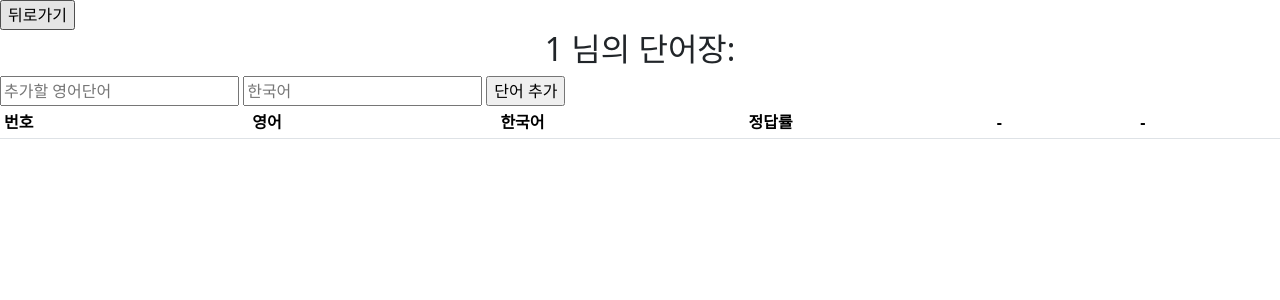
Repository: kokoko12334/myvocab-toy
Page: http://localhost/myVocabularyList/detail
These files come from the project's save history. The page is drawn as it stood at one moment and after the next save; the edit follows.
The browser window is 1280 px wide. The pictures show the whole page.
The page is served by Tomcat 9. The session is filled in as if someone had signed in: {"id": 1, "pwd": 1, "list": 1}. Other server files are loaded and not shown. Queries for data that is not in the repository find no rows.

Above is the page before, as saved 2023-04-07 12:25:33.

### myVocabularyList/src/main/webapp/WEB-INF/views/myvocabulary/detail.jsp
<%@ page language="java" contentType="text/html; charset=UTF-8"
    pageEncoding="UTF-8"%>
<%@ taglib prefix="c" uri = "http://java.sun.com/jsp/jstl/core" %>
<!DOCTYPE html>
<html>
<head>
<meta charset="UTF-8">
<title>Insert title here</title>
<link href="https://cdn.jsdelivr.net/npm/bootstrap@5.3.0-alpha3/dist/css/bootstrap.min.css" rel="stylesheet" integrity="sha384-KK94CHFLLe+nY2dmCWGMq91rCGa5gtU4mk92HdvYe+M/SXH301p5ILy+dN9+nJOZ" crossorigin="anonymous">

</head>
<body>

	<form action = "/login" method = "post">
		<input type = "hidden" name = "id"  value = "${id}">
		<input type = "hidden" name = "pwd" value =  "${pwd}">
		<input type = submit value = "뒤로가기">
	</form>
	<div class="col text-center">
		<h2>${id} 님의 단어장: ${vocabName}</h2>
	</div>
	<form action = "/addword" method = "post">
		<input type = text name = "english" placeholder = "추가할 영어단어">
		<input type = text name = "korean" placeholder = "한국어">
		<input type = submit value = "단어 추가">
	</form>

	<table class="table table-sm">
		<colgroup>
            <col width=1px>
            <col width=1px>
            <col width=1px>
            <col width=1px>
            <col width=1px>
            <col width=1px>
        </colgroup>
		<tr>
			<th>번호</th>
			<th>영어</th>
			<th>한국어</th>
			<th>정답률</th>
			<th>-</th>
			<th>-</th>
		</tr>

		<c:forEach var = "w" items = "${wordsList}" varStatus = "st">
			<tr>
				<td>${st.index+1} </td>
				<td>${w[0]}</td>
				<td>${w[1]}</td>
				<td>${w[2]}</td>
				<td><input type="button" value="수정" onclick="showPopup('${w[0]}','${w[1]}');"/></td>
				<td><button type="button" onclick="location.href='/deleteword?idx=${st.index}&english=${w[0]}&korean=${w[1]}'">단어 삭제</button></td>
			</tr>
		</c:forEach>
	</table>



	 <script>
  		function showPopup(english, korean) {

  			var url = "/updateword?english=" + english + "&korean=" + korean;
  			window.open(url, "단어 수정창", "width=500, height=50, left=50, top=50");
  			}
  	</script>

</body>
</html>

### myVocabularyList/src/main/java/com/ko/web/controller/DetailController.java
package com.ko.web.controller;

import java.io.IOException;
import java.sql.SQLException;
import java.util.ArrayList;
import java.util.List;

import javax.servlet.ServletException;
import javax.servlet.annotation.WebServlet;
import javax.servlet.http.HttpServlet;
import javax.servlet.http.HttpServletRequest;
import javax.servlet.http.HttpServletResponse;
import javax.servlet.http.HttpSession;

import com.ko.web.service.WordsService;

@WebServlet("/detail")
public class DetailController extends HttpServlet{



	@Override
	protected void doGet(HttpServletRequest req, HttpServletResponse resp) throws ServletException, IOException {

		String id = req.getParameter("id");
		String vocabName = req.getParameter("name");


		WordsService wordsSvc = new WordsService();

		List<List<String>> wordsList = new ArrayList<>();


		try {

			wordsList = wordsSvc.getwords(id, vocabName);

			HttpSession session = req.getSession(false);
			session.setAttribute("wordsList", wordsList);
			session.setAttribute("vocabName", vocabName); // 단어장 이름도 저장


		} catch (ClassNotFoundException e) {

			e.printStackTrace();
		} catch (SQLException e) {

			e.printStackTrace();
		}

		req.getRequestDispatcher("/WEB-INF/views/myvocabulary/detail.jsp").forward(req, resp);









	}

}

### myVocabularyList/src/main/java/com/ko/web/service/WordsService.java
package com.ko.web.service;

import java.sql.Connection;
import java.sql.DriverManager;
import java.sql.PreparedStatement;
import java.sql.ResultSet;
import java.sql.SQLException;
import java.util.ArrayList;
import java.util.HashMap;
import java.util.List;

import com.ko.web.entity.WordsDto;
import com.mysql.cj.protocol.Resultset;

public class WordsService {
	String driver = "com.mysql.cj.jdbc.Driver";
	String url = "jdbc:mysql://localhost:3306/myvocab";
	String user = "test";
	String password = "1234";


	public int insert(WordsDto dto) throws ClassNotFoundException, SQLException {

		String id = dto.getId();
		String vocabName = dto.getVocabName();
		String english = dto.getEnglish();
		String korean = dto.getKorean();

		// 중복 단어 체크
		List<List<String>> list = new ArrayList<>();

		list = getwords(id, vocabName);

		for(List<String> i: list) {

			String check = i.get(0);

			if(check.equals(english)) {
				return -1;
			}

		}


		Class.forName(driver);

		Connection con = DriverManager.getConnection(url, user,password);

		String sql = "INSERT INTO words(id, vocab_name, english, korean) VALUES(?,?,?,?)";

		PreparedStatement psmt = con.prepareStatement(sql);

		psmt.setString(1, id);
		psmt.setString(2, vocabName);
		psmt.setString(3, english);
		psmt.setString(4, korean);



		int result = psmt.executeUpdate();


		psmt.close();
		con.close();


		return result;
	}


	public List<List<String>> getwords(String id, String vocabName) throws ClassNotFoundException, SQLException{

		String english;
		String korean;
		String score;

		Class.forName(driver);

		Connection con = DriverManager.getConnection(url, user,password);

		String sql = "SELECT english, korean, score FROM words WHERE id = ? AND vocab_name = ?";

		PreparedStatement psmt = con.prepareStatement(sql);

		psmt.setString(1, id);
		psmt.setString(2, vocabName);


		ResultSet rs = psmt.executeQuery();


		List<List<String>> list = new ArrayList<>();

		while(rs.next()) {

			List<String> words = new ArrayList<>();

			english = rs.getString("english");
			korean = rs.getString("korean");
			score = rs.getString("score");

			words.add(english);
			words.add(korean);
			words.add(score);

			list.add(words);
		}

		rs.close();
		psmt.close();
		con.close();


		return list;
	}

	public int deleteWord(WordsDto dto) throws ClassNotFoundException, SQLException {

		String id = dto.getId();
		String vocabName = dto.getVocabName();
		String english = dto.getEnglish();
		String korean = dto.getKorean();

		Class.forName(driver);

		Connection con = DriverManager.getConnection(url, user,password);

		String sql = "DELETE FROM words WHERE id = ? AND vocab_name = ? AND english = ? AND korean = ?";

		PreparedStatement psmt = con.prepareStatement(sql);

		psmt.setString(1, id);
		psmt.setString(2, vocabName);
		psmt.setString(3, english);
		psmt.setString(4, korean);

		int result = psmt.executeUpdate();


		psmt.close();
		con.close();

		return result;
	}


	public int updateWord(WordsDto dto, String changedEnglish, String changedKorean) throws ClassNotFoundException, SQLException {


		String id = dto.getId();
		String vocabName = dto.getVocabName();
		String english = dto.getEnglish();

		Class.forName(driver);

		Connection con = DriverManager.getConnection(url, user,password);

		String sql = "UPDATE words SET english = ?, korean = ? WHERE id = ? AND vocab_name= ? AND english = ?";

		PreparedStatement psmt = con.prepareStatement(sql);

		psmt.setString(1, changedEnglish);
		psmt.setString(2, changedKorean);
		psmt.setString(3, id);
		psmt.setString(4, vocabName);
		psmt.setString(5, english);



		int result = psmt.executeUpdate();


		psmt.close();
		con.close();


		return result;


	}
}

After the next save:
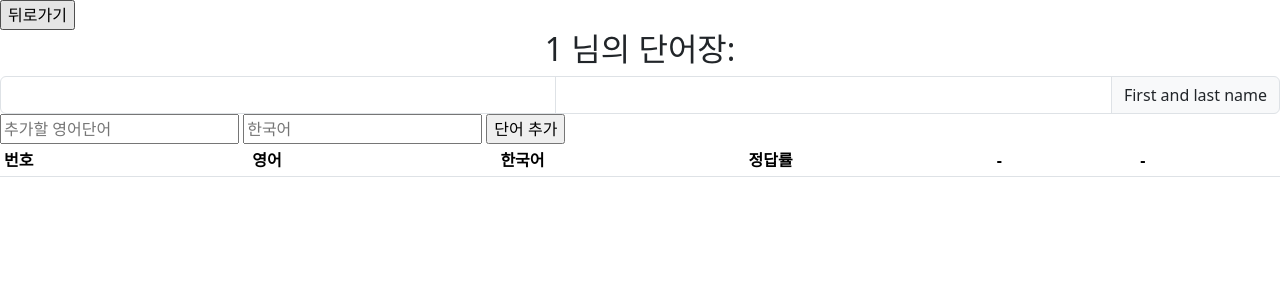
Saved 59 s later.
--- a/myVocabularyList/src/main/webapp/WEB-INF/views/myvocabulary/detail.jsp
+++ b/myVocabularyList/src/main/webapp/WEB-INF/views/myvocabulary/detail.jsp
@@ -19,6 +19,12 @@
 	<div class="col text-center">
 		<h2>${id} 님의 단어장: ${vocabName}</h2>
 	</div>
+	<div class="input-group">
+
+  <input type="text" aria-label="First name" class="form-control">
+  <input type="text" aria-label="Last name" class="form-control">
+  <span class="input-group-text">First and last name</span>
+</div>
 	<form action = "/addword" method = "post">
 		<input type = text name = "english" placeholder = "추가할 영어단어">
 		<input type = text name = "korean" placeholder = "한국어">
